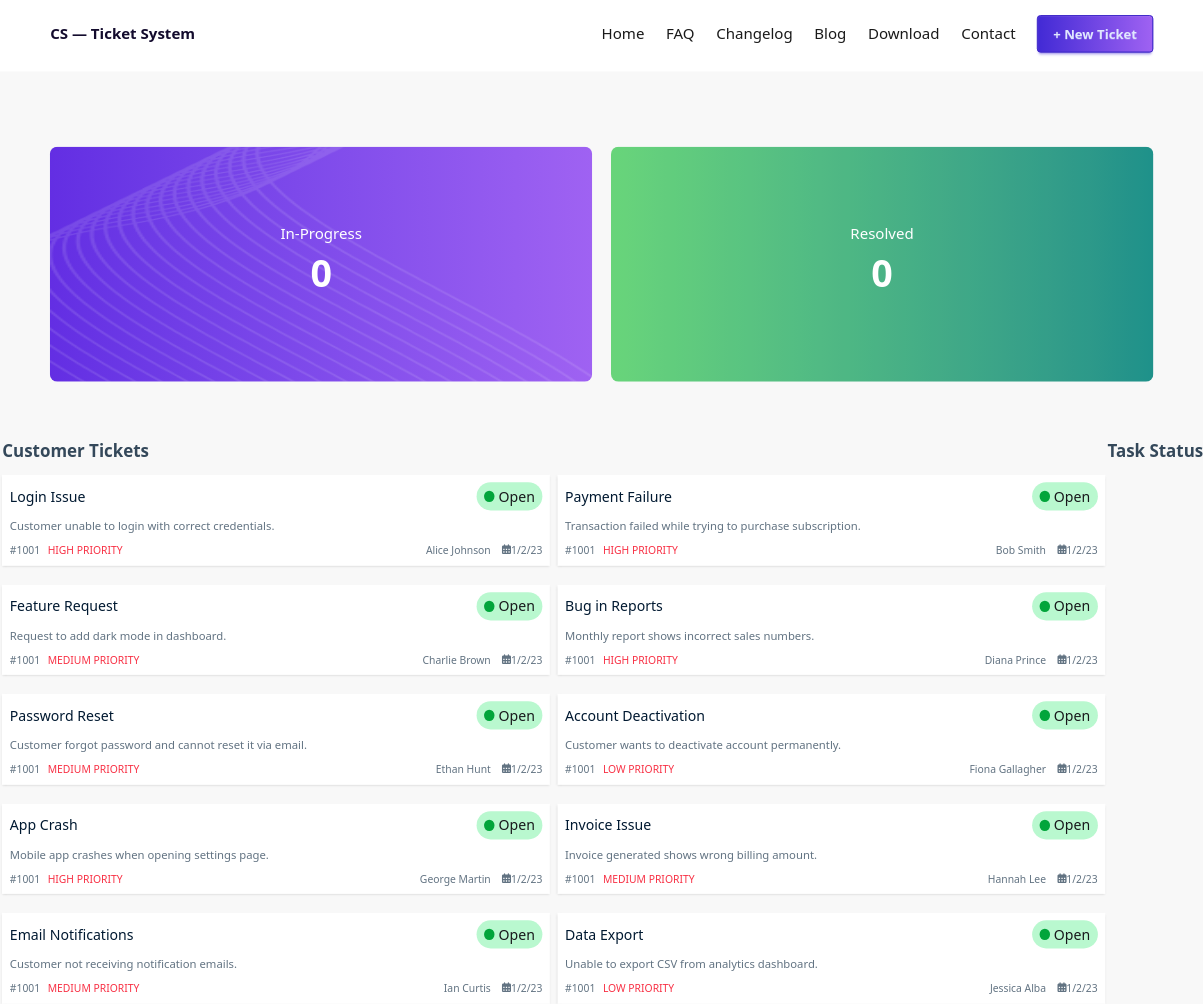
Repository: SanjidaSnigdha/Customer-Support-Zone
Page: /
An editor plug-in stored every save of this project. The page is shown before and after the next save, followed by the edit.
The browser window is 1280 px wide. The pictures show the whole page, at 94% of full size.
The project was rebuilt for these pictures with package versions that can differ from the ones it lists, and the page was loaded fresh each time. Also part of the build but not shown: vite.config.js, src/App.css.

Above is the page before, as saved 2026-04-01 12:53:25.

After the next save:
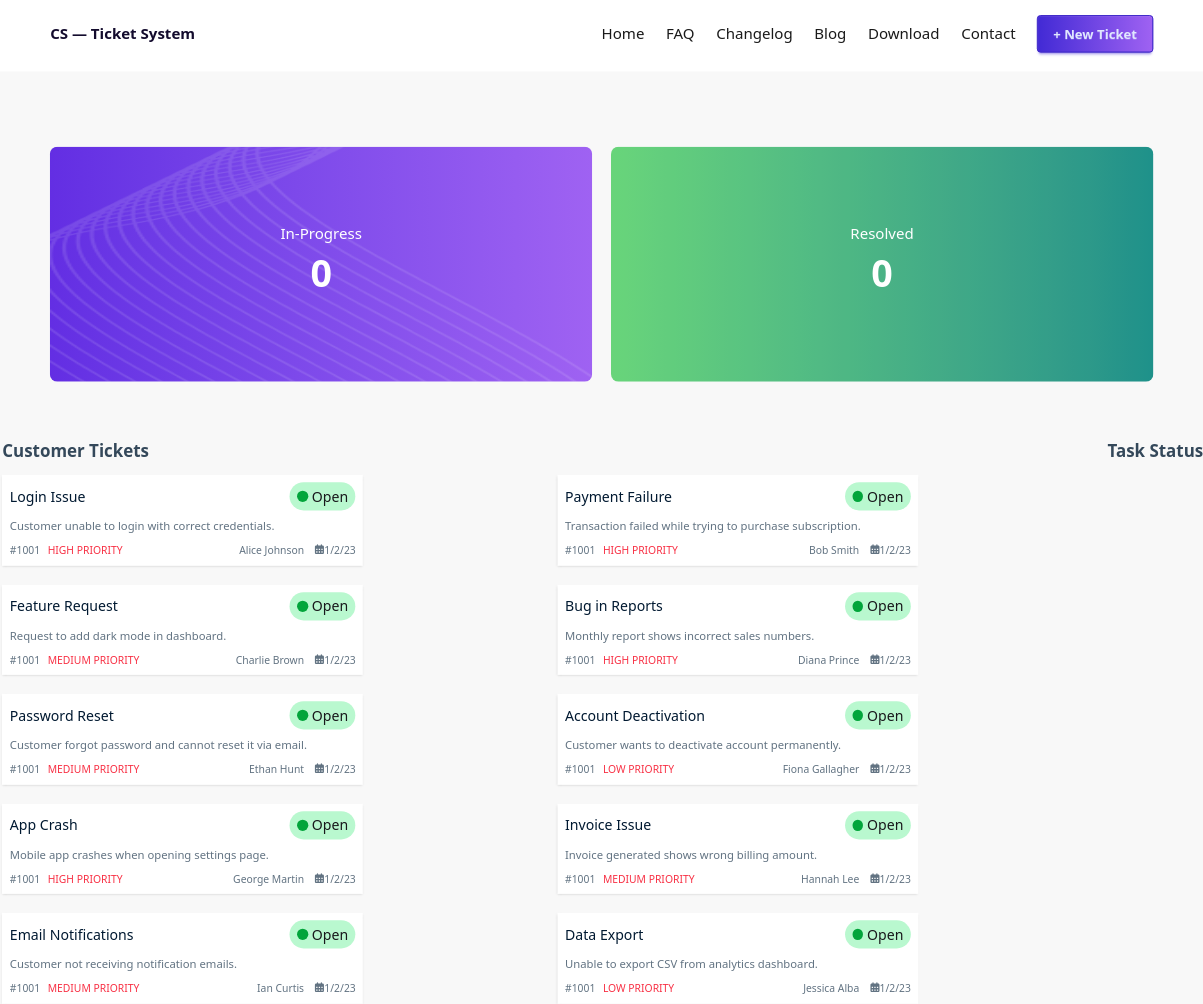
Saved 36 s later.
--- a/src/component/CustomerTickets/CustomerTickets.jsx
+++ b/src/component/CustomerTickets/CustomerTickets.jsx
@@ -14,7 +14,7 @@ const CustomerTickets = ({customerPromise}) => {
     {
         customerTicket.map(customer=>
 
-              <div className="card w-full bg-base-100 card-xs shadow-sm mt-3 rounded-none">
+              <div className="card w-96 bg-base-100 card-xs shadow-sm mt-3 rounded-none">
   <div className="card-body">
     <div className='flex justify-between'>
      <h2 className="card-title text-[#001931] font-medium text-[15px]">{customer.title}</h2>
